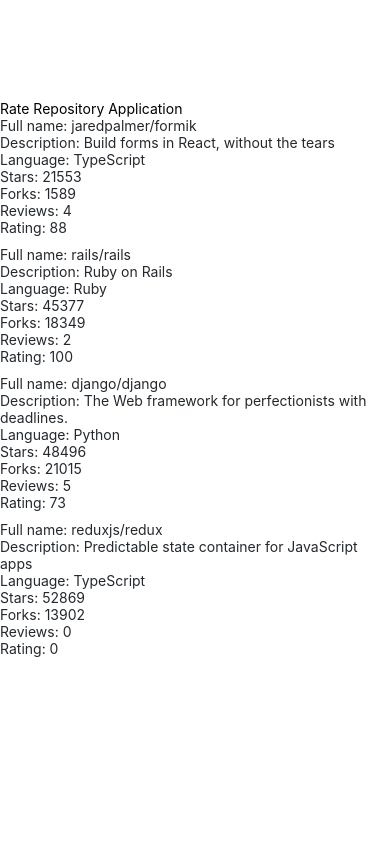
Repository: OrmeSile/react-native-FSO
Screen: / (app in rate-repository-app/)
An editor plug-in stored every save of this project. The screen is shown before and after a run of saves, followed by the edit.
The app was drawn by React Native's web renderer in a window 390 px wide. The project was rebuilt for these pictures with package versions that can differ from the ones it lists, and the page was loaded fresh each time. Some packages were replaced by stand-ins written for this rebuild.

Above is the screen before, as saved 2022-05-15 16:26:17.

After the next 5 saves:
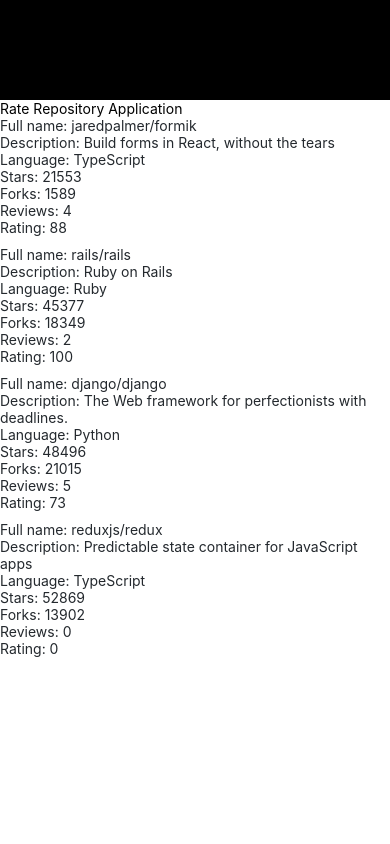
The 5 saves are shown as one change because 1 did not build or start and some came seconds apart.
The last was saved 16 s later.
--- a/rate-repository-app/src/components/AppBar.jsx
+++ b/rate-repository-app/src/components/AppBar.jsx
@@ -4,7 +4,8 @@
 const styles = StyleSheet.create({
   container: {
     paddingTop: Constants.statusBarHeight,
-    height: 100
+    height: 100,
+    backgroundColor: 'black'
     // ...
   },
   // ...
